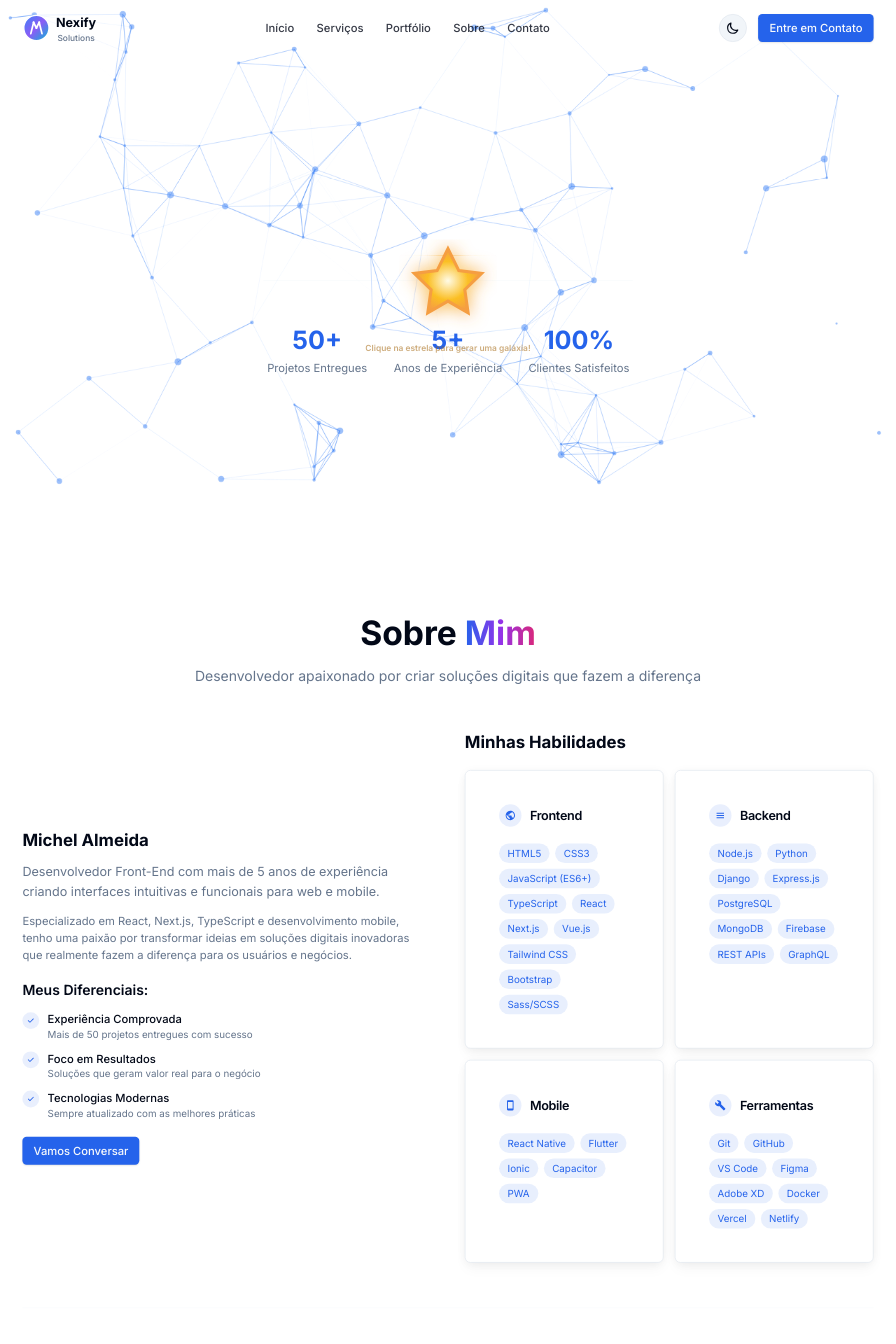
Repository: MichelAlmeida1990/Nexify-Solutions
Page: / (app in OneDrive/Área de Trabalho/Almeida - Solutions/)
An editor plug-in stored every save of this project. The page is shown before and after the next save, followed by the edit.
The browser window is 1280 px wide. The pictures show the part of the page from y = 0 to 1920 px (the page is 7388 px tall), at 70% of full size.
The project was rebuilt for these pictures with package versions that can differ from the ones it lists, and the page was loaded fresh each time. The framework's server and built-in components were replaced by stand-ins that run in the browser. Also part of the build but not shown: OneDrive/Área de Trabalho/Almeida - Solutions/next.config.js, OneDrive/Área de Trabalho/Almeida - Solutions/src/components/ui/loading-spinner.tsx.

Above is the page before, as saved 2025-06-30 15:05:09.

### OneDrive/Área de Trabalho/Almeida - Solutions/src/app/layout.tsx
import type { Metadata } from 'next'
import { Inter } from 'next/font/google'
import './globals.css'
import Header from '@/components/layout/header'
import Footer from '@/components/layout/footer'
import { ThemeProviderWrapper } from '@/components/providers/theme-provider'

const inter = Inter({ subsets: ['latin'] })

export const metadata: Metadata = {
  title: {
    default: 'Nexify Solutions - Soluções Digitais Inovadoras',
    template: '%s | Nexify Solutions'
  },
  description: 'Transforme seu negócio com soluções digitais inovadoras. Desenvolvimento web, aplicativos mobile, integração de sistemas e UI/UX design.',
  keywords: ['desenvolvimento web', 'aplicativos mobile', 'soluções digitais', 'tecnologia', 'inovação', 'startup', 'empresa'],
  authors: [{ name: 'Nexify Solutions' }],
  creator: 'Nexify Solutions',
  publisher: 'Nexify Solutions',
  formatDetection: {
    email: false,
    address: false,
    telephone: false,
  },
  metadataBase: new URL('https://nexify-solutions.com'),
  alternates: {
    canonical: '/',
  },
  openGraph: {
    type: 'website',
    locale: 'pt_BR',
    url: 'https://nexify-solutions.com',
    title: 'Nexify Solutions - Soluções Digitais Inovadoras',
    description: 'Transforme seu negócio com soluções digitais inovadoras. Desenvolvimento web, aplicativos mobile, integração de sistemas e UI/UX design.',
    siteName: 'Nexify Solutions',
    images: [
      {
        url: 'https://images.unsplash.com/photo-1461749280684-dccba630e2f6?auto=format&fit=crop&w=1200&q=80',
        width: 1200,
        height: 630,
        alt: 'Nexify Solutions - Soluções Digitais',
      },
    ],
  },
  twitter: {
    card: 'summary_large_image',
    title: 'Nexify Solutions - Soluções Digitais Inovadoras',
    description: 'Transforme seu negócio com soluções digitais inovadoras.',
    images: ['https://images.unsplash.com/photo-1461749280684-dccba630e2f6?auto=format&fit=crop&w=1200&q=80'],
  },
  robots: {
    index: true,
    follow: true,
    googleBot: {
      index: true,
      follow: true,
      'max-video-preview': -1,
      'max-image-preview': 'large',
      'max-snippet': -1,
    },
  },
  verification: {
    google: 'your-google-verification-code',
  },
}

export default function RootLayout({
  children,
}: {
  children: React.ReactNode
}) {
  return (
    <html lang="pt-BR" className="scroll-smooth">
      <head>
        <link rel="icon" href="https://fav.farm/🧑‍💻" />
        <link rel="apple-touch-icon" href="https://fav.farm/🧑‍💻" />
        <link rel="manifest" href="/manifest.json" />
        <meta name="theme-color" content="#3b82f6" />
        <meta name="viewport" content="width=device-width, initial-scale=1" />
      </head>
      <body className={`${inter.className} antialiased`}>
        <ThemeProviderWrapper>
          <Header transparent />
          <main className="pt-16">
            {children}
          </main>
          <Footer />
        </ThemeProviderWrapper>
      </body>
    </html>
  )
}

### OneDrive/Área de Trabalho/Almeida - Solutions/src/app/page.tsx
import React from 'react'
import Hero from '@/components/sections/hero'
import About from '@/components/sections/about'
import Services from '@/components/sections/services'
import Portfolio from '@/components/sections/portfolio'
import Testimonials from '@/components/sections/testimonials'
import Contact from '@/components/sections/contact'

export default function Home() {
  return (
    <main className="min-h-screen">
      <Hero />
      <About />
      <Services />
      <Portfolio />
      <Testimonials />
      <Contact />
    </main>
  )
}

### OneDrive/Área de Trabalho/Almeida - Solutions/src/components/providers/theme-provider.tsx
'use client'

import { ThemeProvider as ThemeContextProvider } from '@/contexts/theme-context'

export function ThemeProviderWrapper({ children }: { children: React.ReactNode }) {
  return (
    <ThemeContextProvider>
      {children}
    </ThemeContextProvider>
  )
}

### OneDrive/Área de Trabalho/Almeida - Solutions/src/components/ui/button.tsx
import React from 'react'
import { cn } from '@/lib/utils'
import { ButtonProps } from '@/types'
import { motion } from 'framer-motion'
import { LoadingSpinner } from './loading-spinner'

const Button = React.forwardRef<HTMLButtonElement, ButtonProps>(
  ({
    children,
    variant = 'primary',
    size = 'md',
    className,
    onClick,
    disabled,
    loading,
    type = 'button',
    href,
    target,
    rel,
    ...props
  }, ref) => {
    const baseClasses = 'inline-flex items-center justify-center rounded-md font-medium transition-colors focus-visible:outline-none focus-visible:ring-2 focus-visible:ring-ring focus-visible:ring-offset-2 disabled:pointer-events-none disabled:opacity-50'

    const variants = {
      primary: 'bg-primary text-primary-foreground shadow hover:bg-primary/90',
      secondary: 'bg-secondary text-secondary-foreground shadow-sm hover:bg-secondary/80',
      ghost: 'hover:bg-accent hover:text-accent-foreground',
      outline: 'border border-input bg-background shadow-sm hover:bg-accent hover:text-accent-foreground',
    }

    const sizes = {
      sm: 'h-8 px-3 text-xs',
      md: 'h-10 px-4 py-2',
      lg: 'h-12 px-8 text-lg',
    }

    const classes = cn(
      baseClasses,
      variants[variant],
      sizes[size],
      className
    )

    const motionProps = {
      whileHover: { scale: 1.04 },
      whileTap: { scale: 0.97 },
      transition: { type: 'spring', stiffness: 300, damping: 20 },
    }

    if (href) {
      return (
        <motion.a
          href={href}
          target={target}
          rel={rel}
          className={classes}
          {...motionProps}
          {...props}
        >
          {loading && (
            <LoadingSpinner size="sm" className="mr-2" />
          )}
          {children}
        </motion.a>
      )
    }

    return (
      <motion.button
        type={type}
        className={classes}
        onClick={onClick}
        disabled={disabled || loading}
        ref={ref}
        {...motionProps}
        {...props}
      >
        {loading && (
          <LoadingSpinner size="sm" className="mr-2" />
        )}
        {children}
      </motion.button>
    )
  }
)

Button.displayName = 'Button'

export { Button }

### OneDrive/Área de Trabalho/Almeida - Solutions/src/contexts/theme-context.tsx
'use client'

import React, { createContext, useContext, useEffect, useState } from 'react'

type Theme = 'light' | 'dark'

interface ThemeContextType {
  theme: Theme
  toggleTheme: () => void
  setTheme: (theme: Theme) => void
}

const ThemeContext = createContext<ThemeContextType | undefined>(undefined)

export function ThemeProvider({ children }: { children: React.ReactNode }) {
  const [theme, setThemeState] = useState<Theme>('light')

  useEffect(() => {
    // Verificar localStorage ou preferência do sistema
    const savedTheme = localStorage.getItem('theme') as Theme
    const systemTheme = window.matchMedia('(prefers-color-scheme: dark)').matches ? 'dark' : 'light'
    const initialTheme = savedTheme || systemTheme

    setThemeState(initialTheme)
  }, [])

  useEffect(() => {
    // Aplicar tema ao documento
    const root = document.documentElement
    root.classList.remove('light', 'dark')
    root.classList.add(theme)
    localStorage.setItem('theme', theme)
  }, [theme])

  const toggleTheme = () => {
    setThemeState(prev => prev === 'light' ? 'dark' : 'light')
  }

  const setTheme = (newTheme: Theme) => {
    setThemeState(newTheme)
  }

  return (
    <ThemeContext.Provider value={{ theme, toggleTheme, setTheme }}>
      {children}
    </ThemeContext.Provider>
  )
}

export function useTheme() {
  const context = useContext(ThemeContext)
  if (context === undefined) {
    throw new Error('useTheme must be used within a ThemeProvider')
  }
  return context
}

### OneDrive/Área de Trabalho/Almeida - Solutions/src/components/ui/logo.tsx
'use client'

import { motion } from 'framer-motion'

interface LogoProps {
  className?: string
  size?: 'sm' | 'md' | 'lg'
}

export function Logo({ className = '', size = 'md' }: LogoProps) {
  const sizes = {
    sm: { width: 32, height: 32, textSize: 'text-sm' },
    md: { width: 40, height: 40, textSize: 'text-lg' },
    lg: { width: 48, height: 48, textSize: 'text-xl' }
  }

  const { width, height, textSize } = sizes[size]

  return (
    <motion.div
      className={`flex items-center gap-2 ${className}`}
      whileHover={{ scale: 1.05 }}
      whileTap={{ scale: 0.95 }}
    >
      {/* Logo SVG */}
      <svg
        width={width}
        height={height}
        viewBox="0 0 40 40"
        fill="none"
        xmlns="http://www.w3.org/2000/svg"
        className="flex-shrink-0"
      >
        <defs>
          <linearGradient id="logoGradient" x1="0%" y1="0%" x2="100%" y2="100%">
            <stop offset="0%" stopColor="#3b82f6" />
            <stop offset="50%" stopColor="#8b5cf6" />
            <stop offset="100%" stopColor="#06b6d4" />
          </linearGradient>
        </defs>

        {/* Background circle */}
        <circle cx="20" cy="20" r="18" fill="url(#logoGradient)" stroke="currentColor" strokeWidth="2" className="text-white dark:text-gray-900" />

        {/* Stylized "N" */}
        <path
          d="M12 28L16 12L20 20L24 12L28 28"
          stroke="white"
          strokeWidth="2.5"
          strokeLinecap="round"
          strokeLinejoin="round"
          fill="none"
        />

        {/* Connection dots */}
        <circle cx="16" cy="12" r="1.5" fill="white" />
        <circle cx="24" cy="12" r="1.5" fill="white" />
        <circle cx="20" cy="20" r="1.5" fill="white" />
      </svg>

      {/* Text */}
      <div className="flex flex-col">
        <span className={`font-bold text-foreground ${textSize}`}>
          Nexify
        </span>
        <span className="text-xs text-muted-foreground font-medium">
          Solutions
        </span>
      </div>
    </motion.div>
  )
}

### OneDrive/Área de Trabalho/Almeida - Solutions/src/components/ui/card.tsx
import React from 'react'
import { cn } from '@/lib/utils'
import { CardProps } from '@/types'

const Card = React.forwardRef<HTMLDivElement, CardProps>(
  ({ children, className, hover = false, padding = 'md', shadow = 'soft', ...props }, ref) => {
    const paddingClasses = {
      sm: 'p-4',
      md: 'p-6',
      lg: 'p-8',
    }

    const shadowClasses = {
      none: '',
      soft: 'shadow-soft',
      medium: 'shadow-medium',
      strong: 'shadow-strong',
    }

    const classes = cn(
      'rounded-lg border bg-card text-card-foreground',
      paddingClasses[padding],
      shadowClasses[shadow],
      hover && 'card-hover',
      className
    )

    return (
      <div ref={ref} className={classes} {...props}>
        {children}
      </div>
    )
  }
)

Card.displayName = 'Card'

const CardHeader = React.forwardRef<HTMLDivElement, React.HTMLAttributes<HTMLDivElement>>(
  ({ className, ...props }, ref) => (
    <div ref={ref} className={cn('flex flex-col space-y-1.5 p-6', className)} {...props} />
  )
)
CardHeader.displayName = 'CardHeader'

const CardTitle = React.forwardRef<HTMLParagraphElement, React.HTMLAttributes<HTMLHeadingElement>>(
  ({ className, ...props }, ref) => (
    <h3 ref={ref} className={cn('text-2xl font-semibold leading-none tracking-tight', className)} {...props} />
  )
)
CardTitle.displayName = 'CardTitle'

const CardDescription = React.forwardRef<HTMLParagraphElement, React.HTMLAttributes<HTMLParagraphElement>>(
  ({ className, ...props }, ref) => (
    <p ref={ref} className={cn('text-sm text-muted-foreground', className)} {...props} />
  )
)
CardDescription.displayName = 'CardDescription'

const CardContent = React.forwardRef<HTMLDivElement, React.HTMLAttributes<HTMLDivElement>>(
  ({ className, ...props }, ref) => (
    <div ref={ref} className={cn('p-6 pt-0', className)} {...props} />
  )
)
CardContent.displayName = 'CardContent'

const CardFooter = React.forwardRef<HTMLDivElement, React.HTMLAttributes<HTMLDivElement>>(
  ({ className, ...props }, ref) => (
    <div ref={ref} className={cn('flex items-center p-6 pt-0', className)} {...props} />
  )
)
CardFooter.displayName = 'CardFooter'

export { Card, CardHeader, CardFooter, CardTitle, CardDescription, CardContent }

### OneDrive/Área de Trabalho/Almeida - Solutions/src/components/ui/input.tsx
import React from 'react'
import { cn } from '@/lib/utils'
import { InputProps } from '@/types'

const Input = React.forwardRef<HTMLInputElement, InputProps>(
  ({
    label,
    placeholder,
    type = 'text',
    value,
    onChange,
    error,
    required,
    disabled,
    className,
    name,
    id,
    ...props
  }, ref) => {
    const inputId = id || name || `input-${Math.random().toString(36).substr(2, 9)}`

    return (
      <div className="w-full">
        {label && (
          <label
            htmlFor={inputId}
            className="block text-sm font-medium text-foreground mb-2"
          >
            {label}
            {required && <span className="text-destructive ml-1">*</span>}
          </label>
        )}
        <input
          id={inputId}
          name={name}
          type={type}
          value={value}
          onChange={(e) => onChange?.(e.target.value)}
          placeholder={placeholder}
          required={required}
          disabled={disabled}
          className={cn(
            'input-field',
            error && 'border-destructive focus-visible:ring-destructive',
            className
          )}
          ref={ref}
          {...props}
        />
        {error && (
          <p className="mt-1 text-sm text-destructive">{error}</p>
        )}
      </div>
    )
  }
)

Input.displayName = 'Input'

export { Input }

### OneDrive/Área de Trabalho/Almeida - Solutions/src/components/ui/textarea.tsx
import React from 'react'
import { cn } from '@/lib/utils'
import { TextareaProps } from '@/types'

const Textarea = React.forwardRef<HTMLTextAreaElement, TextareaProps>(
  ({
    label,
    placeholder,
    value,
    onChange,
    error,
    required,
    disabled,
    className,
    name,
    id,
    rows = 4,
    ...props
  }, ref) => {
    const textareaId = id || name || `textarea-${Math.random().toString(36).substr(2, 9)}`

    return (
      <div className="w-full">
        {label && (
          <label
            htmlFor={textareaId}
            className="block text-sm font-medium text-foreground mb-2"
          >
            {label}
            {required && <span className="text-destructive ml-1">*</span>}
          </label>
        )}
        <textarea
          id={textareaId}
          name={name}
          value={value}
          onChange={(e) => onChange?.(e.target.value)}
          placeholder={placeholder}
          required={required}
          disabled={disabled}
          rows={rows}
          className={cn(
            'textarea-field',
            error && 'border-destructive focus-visible:ring-destructive',
            className
          )}
          ref={ref}
          {...props}
        />
        {error && (
          <p className="mt-1 text-sm text-destructive">{error}</p>
        )}
      </div>
    )
  }
)

Textarea.displayName = 'Textarea'

export { Textarea }

### OneDrive/Área de Trabalho/Almeida - Solutions/src/hooks/use-emailjs.ts
import { useState } from 'react'
import emailjs from '@emailjs/browser'
import { EMAILJS_CONFIG } from '@/lib/emailjs-config'

interface EmailData {
  name: string
  email: string
  phone: string
  subject: string
  message: string
}

interface UseEmailJSReturn {
  sendEmail: (data: EmailData) => Promise<{ success: boolean; message: string }>
  isSending: boolean
  error: string | null
}

export function useEmailJS(): UseEmailJSReturn {
  const [isSending, setIsSending] = useState(false)
  const [error, setError] = useState<string | null>(null)

  const sendEmail = async (data: EmailData): Promise<{ success: boolean; message: string }> => {
    setIsSending(true)
    setError(null)

    try {
      // Verificar se as credenciais estão configuradas
      if (EMAILJS_CONFIG.USER_ID === 'YOUR_USER_ID') {
        throw new Error('EmailJS não está configurado. Configure as credenciais em src/lib/emailjs-config.ts')
      }

      const result = await emailjs.send(
        EMAILJS_CONFIG.SERVICE_ID,
        EMAILJS_CONFIG.TEMPLATE_ID,
        {
          name: data.name,
          email: data.email,
          phone: data.phone,
          subject: data.subject,
          message: data.message,
        },
        EMAILJS_CONFIG.USER_ID
      )

      if (result.status === 200) {
        return {
          success: true,
          message: 'Mensagem enviada com sucesso! Entrarei em contato em breve.'
        }
      } else {
        throw new Error('Erro ao enviar mensagem')
      }
    } catch (err) {
      const errorMessage = err instanceof Error ? err.message : 'Erro desconhecido ao enviar mensagem'
      setError(errorMessage)
      return {
        success: false,
        message: errorMessage
      }
    } finally {
      setIsSending(false)
    }
  }

  return {
    sendEmail,
    isSending,
    error
  }
}

### OneDrive/Área de Trabalho/Almeida - Solutions/src/lib/emailjs-config.ts
// EmailJS Configuration
// Você precisará criar uma conta em https://www.emailjs.com/
// e configurar um template de e-mail

export const EMAILJS_CONFIG = {
  // Seu User ID do EmailJS
  USER_ID: 'X7X7EHK5Gj3tLnnJ5', // Public Key fornecido pelo usuário

  // ID do template de e-mail criado no EmailJS
  TEMPLATE_ID: 'template_dg9rmim', // ID do template de contato

  // ID do serviço (Gmail, Outlook, etc.)
  SERVICE_ID: 'service_b5juyi1', // ID do serviço Outlook
}

// Template de e-mail sugerido para o EmailJS:
/*
Olá Michel,

Você recebeu uma nova mensagem de contato do seu portfólio:

Nome: {{name}}
Email: {{email}}
Telefone: {{phone}}
Assunto: {{subject}}

Mensagem:
{{message}}

---
Enviado através do formulário de contato do portfólio.
*/

Loaded but not shown: OneDrive/Área de Trabalho/Almeida - Solutions/tailwind.config.js (112 lines, source omitted); OneDrive/Área de Trabalho/Almeida - Solutions/src/components/sections/contact.tsx (346 lines, source omitted); OneDrive/Área de Trabalho/Almeida - Solutions/src/components/sections/portfolio.tsx (322 lines, source omitted); OneDrive/Área de Trabalho/Almeida - Solutions/src/lib/constants.ts (338 lines, source omitted); OneDrive/Área de Trabalho/Almeida - Solutions/src/components/sections/about.tsx (222 lines, source omitted); OneDrive/Área de Trabalho/Almeida - Solutions/src/components/sections/testimonials.tsx (239 lines, source omitted); OneDrive/Área de Trabalho/Almeida - Solutions/src/components/sections/hero.tsx (249 lines, source omitted); OneDrive/Área de Trabalho/Almeida - Solutions/src/components/layout/header.tsx (220 lines, source omitted); OneDrive/Área de Trabalho/Almeida - Solutions/src/components/sections/services.tsx (169 lines, source omitted); OneDrive/Área de Trabalho/Almeida - Solutions/src/components/layout/footer.tsx (146 lines, source omitted); OneDrive/Área de Trabalho/Almeida - Solutions/src/lib/utils.ts (214 lines, source omitted); OneDrive/Área de Trabalho/Almeida - Solutions/src/app/globals.css (237 lines, source omitted)

After the next save:
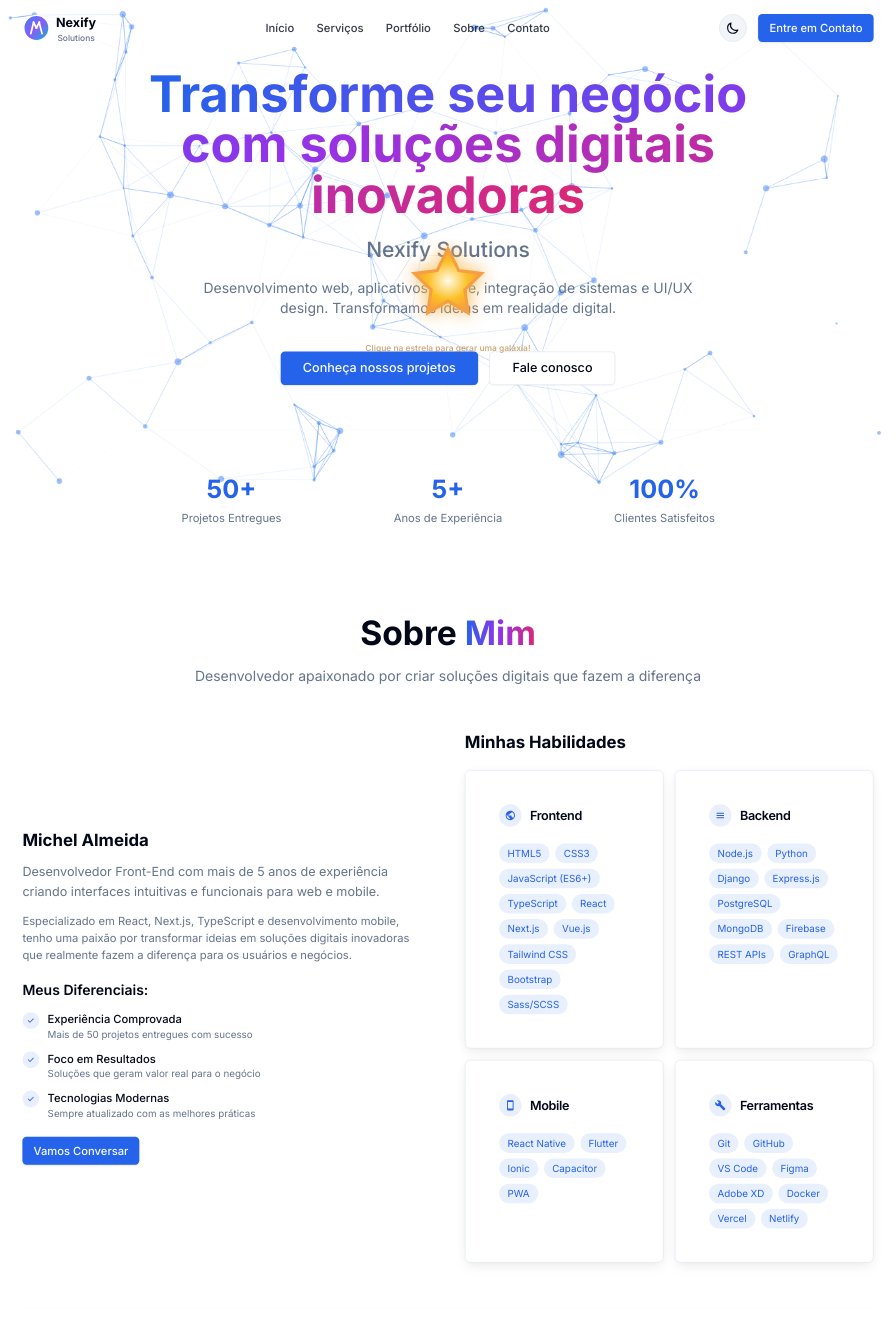
Saved 10 s later.
--- a/OneDrive/Área de Trabalho/Almeida - Solutions/src/app/page.tsx
+++ b/OneDrive/Área de Trabalho/Almeida - Solutions/src/app/page.tsx
@@ -9,7 +9,15 @@ import Contact from '@/components/sections/contact'
 export default function Home() {
   return (
     <main className="min-h-screen">
-      <Hero />
+      <Hero
+        title="Transforme seu negócio com soluções digitais inovadoras"
+        subtitle="Nexify Solutions"
+        description="Desenvolvimento web, aplicativos mobile, integração de sistemas e UI/UX design. Transformamos ideias em realidade digital."
+        ctaText="Conheça nossos projetos"
+        ctaHref="#portfolio"
+        secondaryCtaText="Fale conosco"
+        secondaryCtaHref="#contact"
+      />
       <About />
       <Services />
       <Portfolio />
